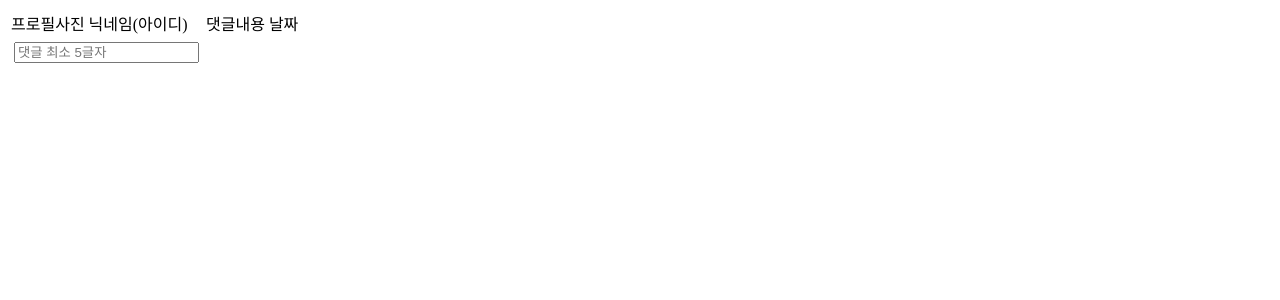
Repository: GOHO97/Web_JSP_Lecture
Page: http://localhost/jul29_1_firstWebProject/jsp/nftGallery/comment.jsp
The author's editor kept a copy of each file at every save. The page is drawn from the files as they stood at one save, then again after the next save.
The browser window is 1280 px wide. The pictures show the whole page.
The page is served by Tomcat 9. Other server files are loaded and not shown.

Above is the page before, as saved 2022-08-04 01:03:21.

### jul29_1_firstWebProject/src/main/webapp/jsp/nftGallery/comment.jsp
<%@ page language="java" contentType="text/html; charset=EUC-KR"
    pageEncoding="EUC-KR"%>
<!DOCTYPE html>
<html>
<head>
<meta charset="EUC-KR">
<title>Insert title here</title>
</head>
<body>
<table>
	<tr>
		<td>
			프로필사진 닉네임(아이디)
		</td>
		<td>
			댓글내용
		</td>
		<td>
			날짜
		</td>
	</tr>
	<tr>
		<td>
			<form name="commentF" action="CommentController" method="post" onsubmit="return nftCommentCheck();">
				<table>
					<tr>
						<td>
							<input name="comment" maxlength="100" placeholder="댓글 최소 5글자" autocomplete="autocomplete">
						</td>
					</tr>
				</table>
			</form>
		</td>
	</tr>
</table>
</body>
</html>

After the next save:
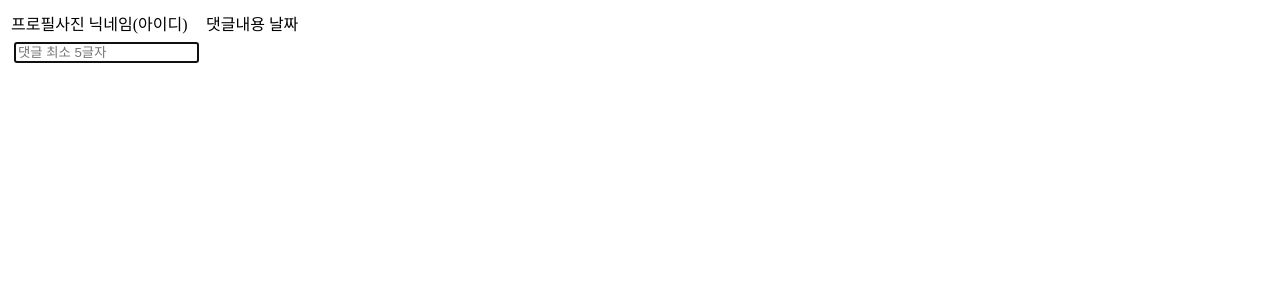
Saved 37 s later.
--- a/jul29_1_firstWebProject/src/main/webapp/jsp/nftGallery/comment.jsp
+++ b/jul29_1_firstWebProject/src/main/webapp/jsp/nftGallery/comment.jsp
@@ -25,7 +25,7 @@
 				<table>
 					<tr>
 						<td>
-							<input name="comment" maxlength="100" placeholder="댓글 최소 5글자" autocomplete="autocomplete">
+							<input name="comment" maxlength="70" placeholder="댓글 최소 5글자" autofocus="autofocus" autocomplete="off">
 						</td>
 					</tr>
 				</table>
